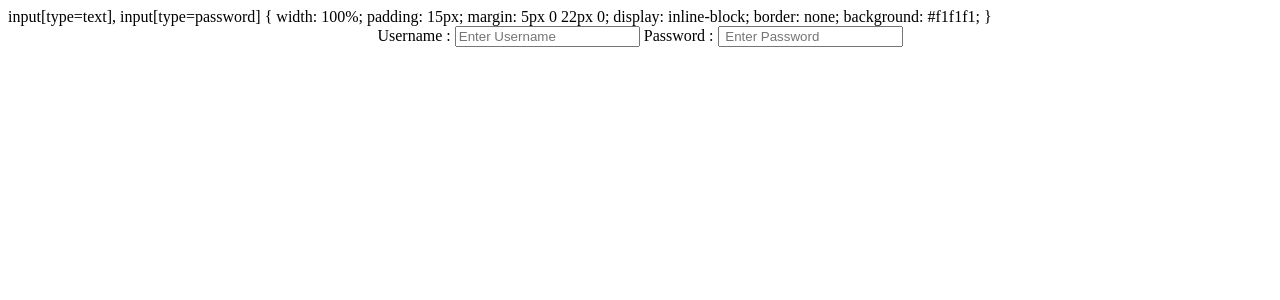
Repository: jchowdapurkar/Java-Project
Page: http://localhost/Registration/Login.jsp
These files come from the project's save history. The page is drawn as it stood at one moment and after the next save; the edit follows.
The browser window is 1280 px wide. The pictures show the whole page.
The page is served by Tomcat 9. Other server files are loaded and not shown.

Above is the page before, as saved 2018-07-16 18:47:23.

### Task Jsp/Registration/WebContent/Login.jsp
<%@ page language="java" contentType="text/html; charset=ISO-8859-1"
    pageEncoding="ISO-8859-1"%>
<!DOCTYPE html PUBLIC "-//W3C//DTD HTML 4.01 Transitional//EN" "http://www.w3.org/TR/html4/loose.dtd">
<html>
input[type=text], input[type=password] {
    width: 100%;
    padding: 15px;
    margin: 5px 0 22px 0;
    display: inline-block;
    border: none;
    background: #f1f1f1;
}
<head>
<meta http-equiv="Content-Type" content="text/html; charset=ISO-8859-1">
<title>Login</title>
</head>
<body>
<div align="center">
<form action="LOGIN" method = "post">
Username : <input type ="text" placeholder = "Enter Username" name = "username" required="required">
Password : <input type ="password" placeholder = " Enter Password" name = "password"  required="required">
</form>
</div>

</body>
</html>

After the next save:
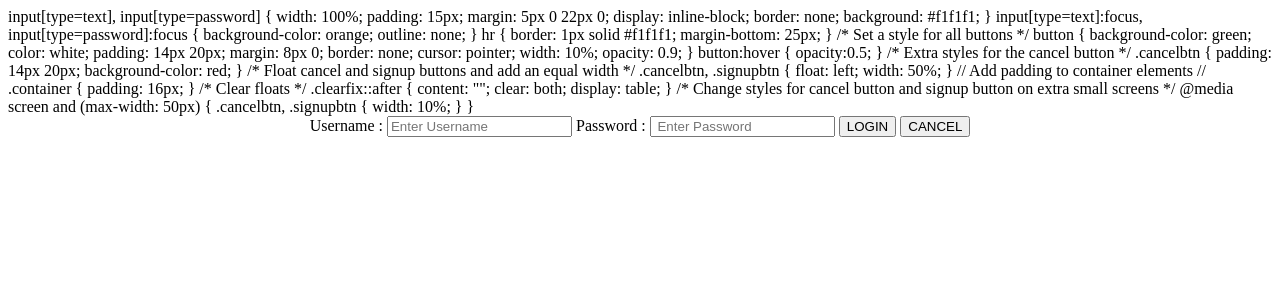
Saved 2 min 53 s later.
--- a/Task Jsp/Registration/WebContent/Login.jsp
+++ b/Task Jsp/Registration/WebContent/Login.jsp
@@ -10,6 +10,61 @@ input[type=text], input[type=password] {
     border: none;
     background: #f1f1f1;
 }
+input[type=text]:focus, input[type=password]:focus {
+    background-color: orange;
+    outline: none;
+}
+hr {
+    border: 1px solid #f1f1f1;
+    margin-bottom: 25px;
+}
+
+/* Set a style for all buttons */
+button {
+    background-color: green;
+    color: white;
+    padding: 14px 20px;
+    margin: 8px 0;
+    border: none;
+    cursor: pointer;
+    width: 10%;
+    opacity: 0.9;
+}
+
+button:hover {
+    opacity:0.5;
+}
+
+/* Extra styles for the cancel button */
+.cancelbtn {
+    padding: 14px 20px;
+    background-color: red;
+}
+
+/* Float cancel and signup buttons and add an equal width */
+.cancelbtn, .signupbtn {
+  float: left;
+  width: 50%;
+}
+
+// Add padding to container elements //
+.container {
+    padding: 16px;
+}
+
+/* Clear floats */
+.clearfix::after {
+    content: "";
+    clear: both;
+    display: table;
+}
+
+/* Change styles for cancel button and signup button on extra small screens */
+@media screen and (max-width: 50px) {
+    .cancelbtn, .signupbtn {
+       width: 10%;
+    }
+}
 <head>
 <meta http-equiv="Content-Type" content="text/html; charset=ISO-8859-1">
 <title>Login</title>
@@ -19,6 +74,8 @@ input[type=text], input[type=password] {
 <form action="LOGIN" method = "post">
 Username : <input type ="text" placeholder = "Enter Username" name = "username" required="required">
 Password : <input type ="password" placeholder = " Enter Password" name = "password"  required="required">
+<input type = "submit" value = "LOGIN">
+<input type = "submit" value = "CANCEL">
 </form>
 </div>
 
